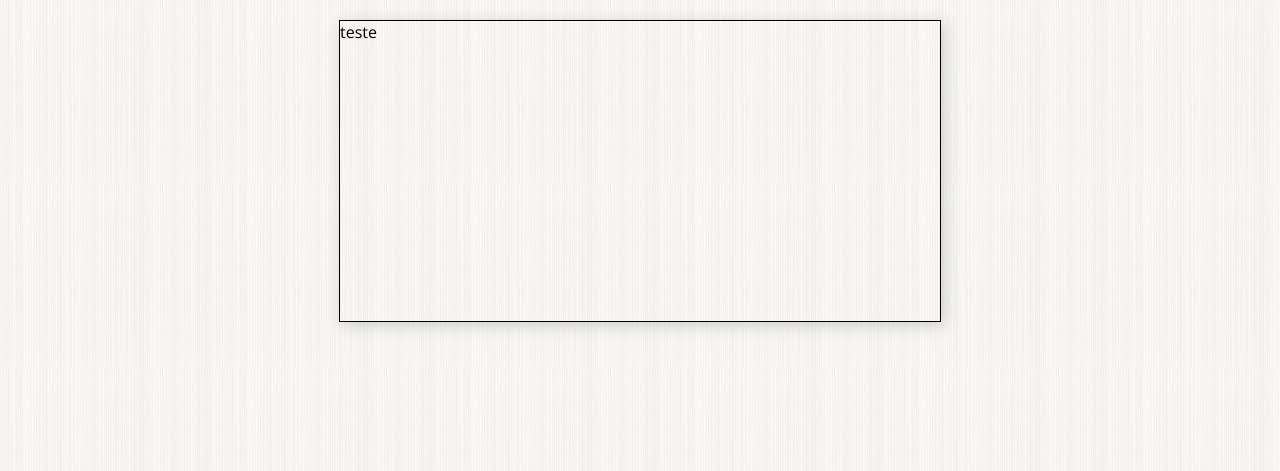
Repository: lauroPereira/study
Page: http://localhost/modules/home/home.php
These files come from the project's save history. The page is drawn as it stood at one moment and after the next save; the edit follows.
The browser window is 1280 px wide. The pictures show the whole page.
The page is run by PHP 8.4 with error messages shown; the project is at /var/www/html/.

Above is the page before, as saved 2016-06-14 04:20:48.

After the next save:
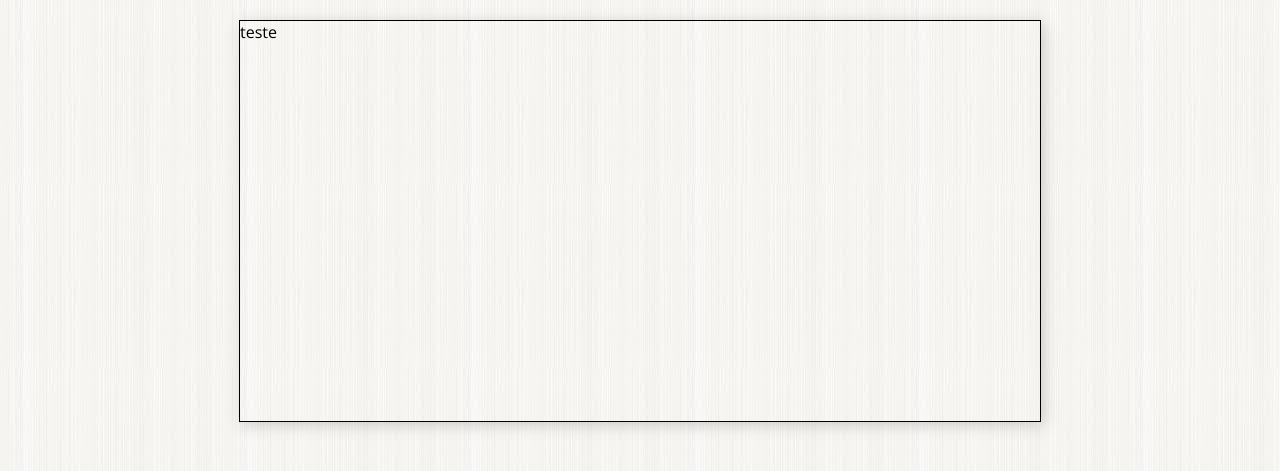
Saved 8 s later.
--- a/TrabalhoFinalWeb/css/home.css
+++ b/TrabalhoFinalWeb/css/home.css
@@ -1,8 +1,8 @@
 #carousel{
 	box-shadow: 3px 3px 15px #ccc;
 	border: 1px solid black;
-	height:300px;
-	width:600px;
+	height:400px;
+	width:800px;
 	margin: 0 auto;
 	margin-top: 20px;
 }
